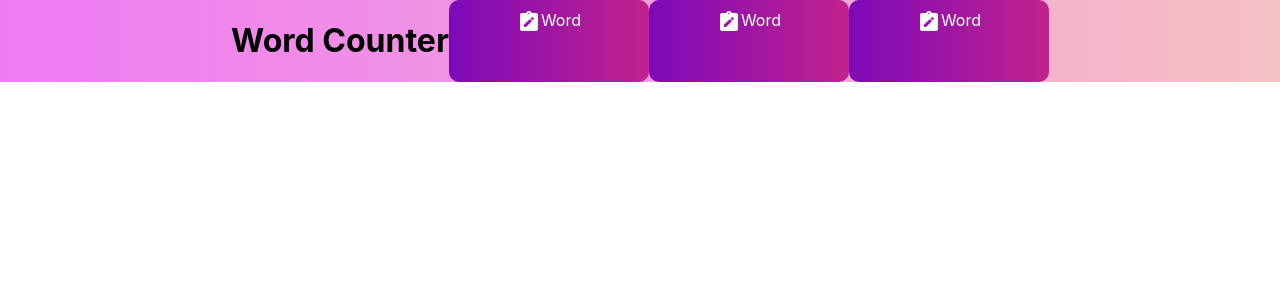
Repository: 123cuongcao/nopbai-basic
Page: /
The author's editor kept a copy of each file at every save. The page is drawn from the files as they stood at one save, then again after a run of saves.
The browser window is 1280 px wide. The pictures show the whole page.
The project was rebuilt for these pictures with package versions that can differ from the ones it lists, and the page was loaded fresh each time.

Above is the page before, as saved 2023-08-15 11:22:03.

After the next 3 saves:
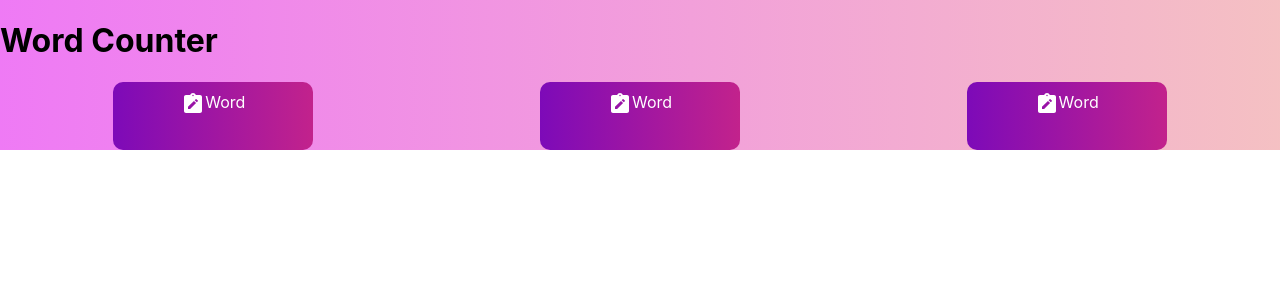
The 3 saves are shown as one change because they came seconds apart.
The last was saved 8 s later.
--- a/src/components/index.jsx
+++ b/src/components/index.jsx
@@ -7,7 +7,8 @@
       style={{
         background: "linear-gradient(to right,#e002ec86,#f3b6b9db",
         display:'flex',
-        justifyContent:"center"
+        justifyContent:"center",
+        flexDirection:'column'
 
       }}
     >
